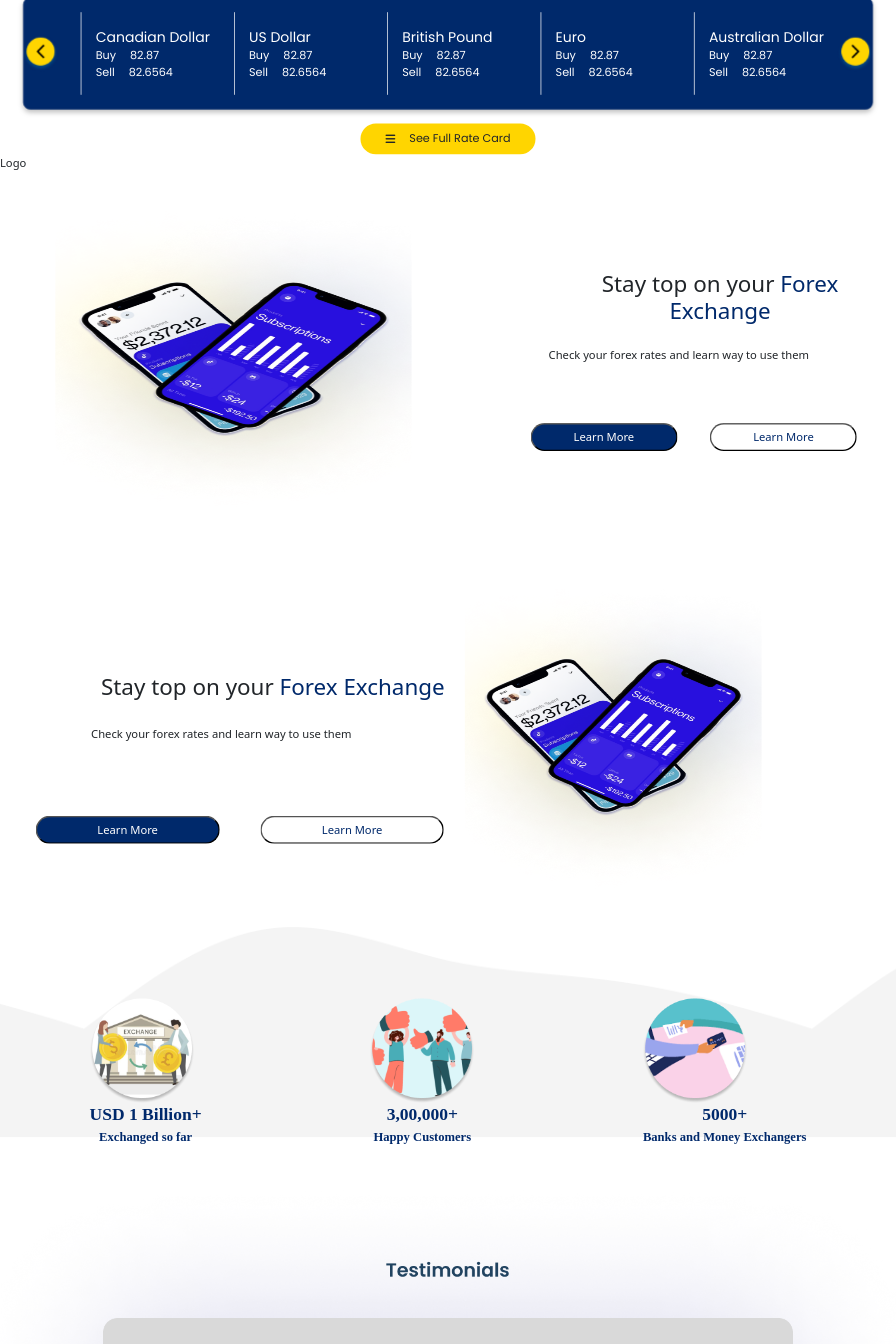
Repository: FlyweisReact/Akshadeep-latest
Page: /
The author's editor kept a copy of each file at every save. The page is drawn from the files as they stood at one save, then again after a run of saves.
The browser window is 1280 px wide. The pictures show the part of the page from y = 789 to 2709 px (the page is 4536 px tall before and 4593 px after), at 70% of full size.
Some web libraries are served in a nearby version. The project was rebuilt for these pictures with package versions that can differ from the ones it lists, and the page was loaded fresh each time. Also part of the build but not shown: src/components/exchange.jsx, src/components/order_p1.jsx, src/components/order_p2.jsx, src/components/faas.jsx, src/components/offer.jsx, src/components/main2.jsx, src/components/home.jsx, src/components/slider.jsx and 6 more.

Above is the page before, as saved 2023-05-23 15:57:25.

### public/index.html
<!DOCTYPE html>
<html lang="en">
  <head>
    <meta charset="utf-8" />
    <link rel="icon" href="%PUBLIC_URL%/favicon.ico" />
    <meta name="viewport" content="width=device-width, initial-scale=1" />
    <meta name="theme-color" content="#000000" />
    <meta
      name="description"
      content="Web site created using create-react-app"
    />
    <link rel="apple-touch-icon" href="%PUBLIC_URL%/logo192.png" />

    <link rel="manifest" href="%PUBLIC_URL%/manifest.json" />
    <link rel="stylesheet" href="https://cdnjs.cloudflare.com/ajax/libs/font-awesome/5.15.3/css/all.min.css" />
    <link href="https://cdn.jsdelivr.net/npm/bootstrap@5.3.0-alpha1/dist/css/bootstrap.min.css" rel="stylesheet" integrity="sha384-GLhlTQ8iRABdZLl6O3oVMWSktQOp6b7In1Zl3/Jr59b6EGGoI1aFkw7cmDA6j6gD" crossorigin="anonymous">
    <title>React App</title>
  </head>
  <body>
    <noscript>You need to enable JavaScript to run this app.</noscript>
    <div id="root"></div>
    <script src="https://kit.fontawesome.com/b533b351e4.js" crossorigin="anonymous"></script>
  </body>
</html>

### src/components/Main.jsx
/** @format */

import React from "react";
import Navbar from "./navbar";
import "react-responsive-carousel/lib/styles/carousel.min.css";
import BottomCont from "./bottom_cont";
import Footer from "./footer";
import img from "../Images/a-7.png";
import img5 from "../Images/a-58.png";
import UpperForm from "./Component/Index/UpperForm";
import UpperSlider from "./Component/Index/UpperSlider";
import CurrencySlider from "./Component/Index/CurrencySlider";

function Main() {
  return (
    <>
      <Navbar />

      <div className="upper-two-component">
        <div className="left-component">
          <UpperForm />
        </div>
        <div className="right-component">
          <UpperSlider />
        </div>
      </div>

      <div className="Index-currency_cont">
        <CurrencySlider />
      </div>

      <div className="Index_center_button">
      <i className="fa-solid fa-bars"></i>
        <p>See Full Rate Card</p>
      </div>

      <div className="Index_center_Div">
        <div className="logo">
          Logo
        </div>

      </div>



      <div className="main-2-cont">
        <div className="main-2-left">
          <img src={img} alt="" />
        </div>
        <div className="main-2-right">
          <h2>
            Stay top on your <spam className="sp">Forex Exchange</spam>
          </h2>
          <p>Check your forex rates and learn way to use them</p>
          <div className="main-2-r-btn">
            <button className="main-2l-btn">Learn More</button>
            <button className="main-2r-btn">Learn More</button>
          </div>
        </div>
      </div>
      <div className="main-3-cont">
        <div className="main-3-left">
          <h2>
            Stay top on your <spam className="sp">Forex Exchange</spam>
          </h2>
          <p>Check your forex rates and learn way to use them</p>
          <div className="main-2-r-btn">
            <button className="main-2l-btn">Learn More</button>
            <button className="main-2r-btn">Learn More</button>
          </div>
        </div>
        <div className="main-3-right">
          <img src={img} alt="" />
        </div>
      </div>
      <BottomCont />
      <Footer />
    </>
  );
}

export default Main;

### src/Style/Header.css
/** @format */

.Sticky-Header-Companent {
  height: 100%;
  background-color: var(--white);
  position: sticky;
  top: 0;
  z-index: 999;
  padding: 20px;
  transition: box-shadow 0.3s ease;
}

.scrolled {
  box-shadow: rgba(0, 0, 0, 0.24) 0px 3px 8px;
}

.Header {
  width: 100%;
  display: flex;
  justify-content: space-between;
  align-items: center;
}

.Header .left-component a {
  font-family: InterFont;
  font-size: 2rem;
  color: #000000;
  cursor: pointer;
  text-decoration: none;
}

.Header .right-component {
  display: flex;
  gap: 20px;
}
.Header .right-component .btn1 {
  font-weight: 500;
  font-size: var(--medium-font);
  color: var(--black);
  background-color: transparent;
  border: none;
}
.Header .right-component .btn2 {
  font-size: var(--medium-font);
  color: var(--white);
  background-color : #00296B;
  border: 1px solid #00296B;
  padding: 10px;
  width: 200px;
  border-radius: var(--half-border);
}

/* Category Drop- Down */
.Drop-Category-Bar {
  display: flex;
  align-items: center;
}
.Drop-Category-Bar .left-container {
  width: 20%;
  padding: 20px;
}

.Drop-Category-Bar .right-Container {
  display: flex;
  width: 60%;
  justify-content: space-evenly;
}

.Drop-Category-Bar .left-container i {
  font-size: var(--medium-font);
  cursor: pointer;
}
.Drop-Category-Bar .right-Container #dropdown-basic {
  border: none;
  font-size: var(--medium-font);
  font-style: normal;
  line-height: 29px;
  color: #333131;
}
.Drop-Category-Bar .right-Container #dropdown-button-drop-end {
  width: 100%;
  display: flex;
  justify-content: space-between;
  gap: 20px;
  align-items: center;
  font-size: var(--small-font);
  border: none;
}
.Drop-Category-Bar .right-Container .dropdown-item {
  width: 100%;
  font-size: var(--small-font);
  border: none;
  padding-left: 12px;
}

/* FullScreen Offcanvas */
.offcanvas.offcanvas-start {
  width: 100% !important;
  background-color: transparent;
}
.offcanvas-backdrop.show {
  opacity: 0.9 !important;
}
.Offcanvas-Menu {
  position: relative;
  padding: 20px;
}
.Offcanvas-Menu .fa-x {
  font-size: var(--medium-font);
  color: #fff;
  position: absolute;
  right: 20px;
  top: 20px;
  cursor: pointer;
}
.Offcanvas-Menu .Menu-Items {
  display: flex;
  justify-content: space-evenly;
  align-items: center;
  position: absolute;
  top: 50%;
  gap: 20px;
  left: 50%;
  transform: translate(-50%, -50%);
  width: 100%;
  padding-left: 5%;
  padding-right: 5%;
}
.Offcanvas-Menu .Menu-Items div {
  width: 20%;
  cursor: pointer;
}
.Offcanvas-Menu .Menu-Items div img {
  display: block;
  margin: auto;
}
.Offcanvas-Menu .Menu-Items div a {
  text-decoration: none;
}
.Offcanvas-Menu .Menu-Items p {
  font-size: var(--medium-font);
  color: #ffffff;
  text-align: center;
  margin-top: 10px;
  font-family: OpenFont;
  text-decoration: none;
  width: 100%;
}

### src/Style/Layout.css
/**
 * Two Section Component
 *
 * @format
 */

.upper-two-component {
  display: flex;
  justify-content: space-evenly;
  padding-top: 20px;
}
.upper-two-component .left-component {
  width: 40%;
}
.upper-two-component .right-component {
  width: 50%;
}

/* Currency Container */
.Index-currency_cont {
  width: 98%;
  margin: auto;
  padding: 20px;
  filter: drop-shadow(0px 4px 4px rgba(0, 0, 0, 0.25));
  padding-top: 5%;
}

/* Rate Button */
.Index_center_button {
  width: 250px;
  background: #ffd500;
  border-radius: 27px;
  display: flex;
  gap: 20px;
  justify-content: center;
  align-items: center;
  padding: 10px;
  margin: auto;
  cursor: pointer;
}
.Index_center_button i {
  margin: 0;
}
.Index_center_button p {
  margin: 0;
  font-family: PoppinFont;
  font-size: var(--extra-small-font);
}

### src/Style/Component.css
/**
 * Upper Form Component
 *
 * @format
 */

.Index-Upper-Form {
  width: 100%;
  padding-top: 20px;
}
.Index-Upper-Form .button-container {
  display: flex;
  align-items: center;
  justify-content: center;
  gap: 10px;
  width: 100%;
}
.Index-Upper-Form .button-container button {
  background-color: #fff;
  color: #333;
  border: 1px solid #ffd500;
  font-size: var(--small-font);
  cursor: pointer;
  padding: 10px;
  width: 20%;
  font-family: OpenFont;
  border-radius: 4px;
  transition: 0.5s;
}
.Index-Upper-Form .button-container button:hover {
  background: #ffd500;
}
.Index-Upper-Form .form-cont {
  width: 100%;
  margin-top: 10px;
  background: #00296b;
  border: 1px solid #333131;
  box-shadow: 0px 0px 100px 8px rgba(255, 213, 0, 0.3);
  border-radius: 12px;
  position: relative;
  padding: 20px;
}
.Index-Upper-Form .form-cont .form-part-1 .two-cont {
  display: flex;
  justify-content: space-between;
  width: 100%;
}
.Index-Upper-Form .form-cont .form-part-1 .two-cont div {
  width: 45%;
}
.Index-Upper-Form .form-cont .form-part-1 .two-cont div label {
  color: var(--white);
  font-size: var(--extra-small-font);
  font-family: PoppinFont;
  line-height: 24px;
  color: #ffffff;
}

.Index-Upper-Form .form-cont .form-part-1 .two-cont div select {
  width: 100%;
  margin-top: 3px;
  outline: none;
  font-size: var(--extra-small-font);
  color: #897f7f;
  font-family: PoppinFont;
  padding: 10px;
  border-radius: 4px;
  border: 1px solid #897f7f;
}
.Index-Upper-Form .form-cont .form-part-1 .rate {
  font-size: 16px;
  line-height: 24px;
  color: #ffffff;
  margin-top: 10px;
  font-family: PoppinFont;
}
.Index-Upper-Form .form-cont .form-part-1 .two-cont div input {
  width: 100%;
  margin-top: 3px;
  outline: none;
  font-size: var(--extra-small-font);
  color: #897f7f;
  font-family: PoppinFont;
  padding: 10px;
  border-radius: 4px;
  border: 1px solid #897f7f;
}
.Index-Upper-Form .form-cont .form-part-1 .two-cont div input::placeholder {
  color: #897f7f;
}
.Index-Upper-Form .form-cont .form-part-1 .two-cont .two-section {
  display: flex;
  gap: 10px;
  color: var(--white);
  margin-top: 10px;
  align-items: center;
}
.Index-Upper-Form .form-cont .form-part-1 .two-cont .two-section p {
  margin: 0;
  font-family: PoppinFont;
}
.Index-Upper-Form .form-cont .form-part-1 .two-cont .two-section button {
  background-color: #214360;
  outline: none;
  border: 1px solid #214360;
  color: var(--white);
  font-family: PoppinFont;
}
.Index-Upper-Form .form-cont .form-part-1 .two-cont .two-section i {
  color: #ffd500;
}
.Index-Upper-Form .form-cont .form-part-1 .two-cont .two-section .add {
  color: #ffd500;
  text-decoration: underline;
}
.Index-Upper-Form .form-cont .ord-btn {
  font-size: var(--medium-font);
  font-family: PoppinFont;
  background: #ffd500;
  border-radius: 30.2748px;
  border: none;
  width: 40%;
  padding: 10px;
  display: block;
  margin: auto;
  position: absolute;
  top: 98%;
  cursor: pointer;
  left: 50%;
  transform: translate(-50%, -50%);
}

/* Slick Slider */
.slick-slider-Cont {
  position: relative;
}
.slick-slider-Cont .Prev-Next_cont {
  display: flex;
  justify-content: space-between;
}
.slick-slider-Cont .Prev-Next_cont .PrevImg {
  position: absolute;
  top: 50%;
  left: 5%;
  transform: translate(-50%, -50%);
  cursor: pointer;
}
.slick-slider-Cont .Prev-Next_cont .NextImg {
  position: absolute;
  top: 50%;
  left: 95%;
  transform: translate(-50%, -50%);
  cursor: pointer;
}

.Slick-Slider {
  height: 100%;
  padding: 20px;
}
.Slick-Slider .slider-container-div {
  width: 100%;
}
.Slick-Slider .slider-container-div p {
  font-family: PoppinFont;
  font-size: 24px;
  line-height: 40px;
  color: #000;
  text-align: center;
  margin: 0;
}
.Slick-Slider .slider-container-div img {
  display: block;
  margin: auto;
}
.Slick-Slider:focus {
  border: none !important;
}
.Slick-Slider:active {
  border: none !important;
}

.Slick-Slider .slider-container-div .two-comp {
  display: flex;
  justify-content: space-evenly;
  gap: 10px;
}
.Slick-Slider .slider-container-div .two-comp .left-comp {
  width: 45%;
  position: relative;
}
.Slick-Slider .slider-container-div .two-comp .left-comp img {
  position: absolute;
  top: 50%;
  left: 50%;
  transform: translate(-50%, -50%);
}
.Slick-Slider .slider-container-div .two-comp .right-comp {
  width: 60%;
}
.Slick-Slider .slider-container-div .two-comp .right-comp div {
  display: flex;
  padding-top: 20px;
  gap: 20px;
  align-items: center;
}
.Slick-Slider .slider-container-div .two-comp .right-comp p {
  margin: 0;
  font-size: var(--extra-small-font);
  line-height: normal;
  width: 90%;
  text-align: left;
}
.Slick-Slider .slider-container-div .two-comp .right-comp i {
  margin: 0;
  background-color: #00a067;
  color: #fff;
  border-radius: 100%;
  padding: 5px;
}


/* Currency-Slider  */
.currency_slider_cont{
  background-color: #00296B;
  border: 1px solid #00296B;
  border-radius: 10px;
  position: relative;
  width: 100%;
}
.currency_slider_cont .currency_slider{
  height: 100%;
  padding: 20px;
  padding-left: 5%;
  padding-right: 5%;
}
.currency_slider_cont .currency_slider:focus {
  border: none !important;
}
.currency_slider_cont .currency_slider:active {
  border: none !important;
}

.currency_slider_cont .currency_slider .Item{
  color: #fff;
  border-right: 1px solid #fff;
  padding: 20px;
  width: 20%;
}
.currency_slider_cont .currency_slider .Item p{
  margin: 0;
}
.currency_slider_cont .currency_slider .Item .head{
  font-family: PoppinFont;
  font-size: var(--medium-font);
}
.currency_slider_cont .currency_slider .Item .two_sec{
  display: flex;
  align-items: center;
  gap: 20px;
}
.currency_slider_cont .currency_slider .Item .two_sec p{
  font-family: PoppinFont;
font-size: var(--extra-small-font);
}
.currency_slider_cont .Prev-Next_cont {
  display: flex;
  justify-content: space-between;
}
.currency_slider_cont .Prev-Next_cont .PrevImg {
  position: absolute;
  top: 50%;
  left: 2%;
  transform: translate(-50%, -50%);
  cursor: pointer;
}
.currency_slider_cont .Prev-Next_cont .NextImg {
  position: absolute;
  top: 50%;
  left: 98%;
  transform: translate(-50%, -50%);
  cursor: pointer;
}

.slick-prev:before {
  display: none !important;
}
.slick-next:before{
  display: none
  ;
}

### src/components/navbar.jsx
import Header from "./Layout/Header";

const Navbar = () => {
  return (
    <>
      <Header />

    </>
  );
};

export default Navbar;

### src/components/bottom_cont.jsx
import React from "react";
import img from "../Images/a-33.png";
import img2 from "../Images/a-34.png";
import img3 from "../Images/a-35.png";
import img4 from "../Images/a-36.png";
import img5 from "../Images/a-37.png";
import img6 from "../Images/a-51.png";

const BotCont = () => {
  return (
    <>
      <div className="bot-part-1">
        <div className="bot-cont-imgs">
          <div>
            <img src={img} />
            <h6>USD 1 Billion+</h6>
            <p>Exchanged so far</p>
          </div>
          <div>
            <img src={img2} />
            <h6>3,00,000+</h6>
            <p>Happy Customers</p>
          </div>
          <div>
            <img src={img3} />
            <h6>5000+</h6>
            <p>Banks and Money Exchangers</p>
          </div>
        </div>
      </div>
      <div className="bot-part-3">
        <img src={img6} />
      </div>
      <div className="bot-part-2">
        <h3>Media Mentions</h3>
        <div className="bot-part-2-sub">
          <div className="bot-cont-card">
            <h4>Loren Ipsum Id best Platform out there</h4>
            <p>
              Lorem Ipsum is simply dummy text of the printing and typesetting
              industry. Lorem Ipsum has been the industry's standard dummy text
              ever since the 1500s, when an unknown printer took a galley of
              type and scrambled it to make a type specimen book.
            </p>
            <div className="thin-line"></div>
            <div className="bot-cont-card-2">
              <img src={img4} />
              <p>5 star</p>
            </div>
          </div>
          <div className="bot-cont-card">
            <h4>Loren Ipsum Id best Platform out there</h4>
            <p>
              Lorem Ipsum is simply dummy text of the printing and typesetting
              industry. Lorem Ipsum has been the industry's standard dummy text
              ever since the 1500s, when an unknown printer took a galley of
              type and scrambled it to make a type specimen book.
            </p>
            <div className="thin-line"></div>
            <div className="bot-cont-card-2">
              <img src={img5} style={{height:"40px"}} />
              <p>5 star</p>
            </div>
          </div>
        </div>
      </div>
    </>
  );
};

export default BotCont;

### src/components/footer.jsx
import React from "react";

const Footer = () => {
  return (
    <footer className="footer">
      <div className="footer-cont">
        <div className="foot-row">
          <div className="foot-col">
            <h3>Company</h3>
            <p>About Us</p>
            <p>Contact Us</p>
            <p>Careers</p>
          </div>
          <div className="foot-col">
            <h3>Services</h3>
            <p>Prepaid Travel Card</p>
            <p>Foreign Demand Draft</p>
            <p>Foreign Currency</p>
            <p>Educational Loans</p>
            <p>Remmittance</p>
            <p>Travel Insurance</p>
            <p>Forex as a Service (Faas Solution)</p>
          </div>
          <div className="foot-col">
            <h3>Quick Links</h3>
            <p>FAQs</p>
            <p>Cancellation & Refund Policy</p>
            <p>Forex Rates</p>
            <p>Our Policies</p>
            <p>Terms of Use</p>
            <p>Site Map</p>
            <p>Offers</p>
          </div>
          <div className="foot-col">
            <h3>Insight</h3>
            <p>Blogs</p>
            <p>Press Release</p>
            <p>Foreign Currency</p>
            <p>Educational Loans</p>
            <p>Remmittance</p>
            <p>Travel Insurance</p>
            <p>Forex as a Service (Faas Solution)</p>
          </div>
          <div className="foot-col">
            <h3>Registered Office Address</h3>
            <p>Lorem Ipsum Pvt ltd.</p>
            <p>P-701 to P-705 lorem ipsum , 7th floor, 11th tower, panchsheel primerose, vatista
                , Gurugram, Hariyana
            </p>
            {/*<ul className="social-icons">
              <li>
                <a href="#">
                  <i className="fab fa-facebook-f"></i>
                </a>
              </li>
              <li>
                <a href="#">
                  <i className="fab fa-twitter"></i>
                </a>
              </li>
              <li>
                <a href="#">
                  <i className="fab fa-linkedin"></i>
                </a>
              </li>
              <li>
                <a href="#">
                  <i className="fab fa-instagram"></i>
                </a>
              </li>
            </ul>*/}
          </div>
        </div>
      </div>
      <div className="footer-bottom">
        <p>&copy; 2023 Forex Inc. All Rights Reserved.</p>
      </div>
    </footer>
  );
};

export default Footer;

### src/components/signup.jsx
import Button from "react-bootstrap/Button";
import Modal from "react-bootstrap/Modal";

function MyVerticallyCenteredModal(props) {
  return (
    <Modal
      {...props}
      size="lg"
      aria-labelledby="contained-modal-title-vcenter"
      centered
    >
      <Modal.Body>
        <div className="popupe-container">
          <div className="popupe">
            <span className="close" onClick={props.onHide}>
              &times;
            </span>
            <h2 className="form-title">Register</h2>
            <form>
              <div class="form-groupe">
                <label for="name" className="label-inp">Name</label>
                <input type="text" id="name" name="name" placeholder="Enter your name here" />
              </div>
              <div class="form-groupe">
                <label for="mobile" className="label-inp">Mobile Number</label>
                <input type="email" id="email" name="email" placeholder="Enter your mobile no here"/>
              </div>
              <div class="form-groupe">
                <label for="email" className="label-inp">Email</label>
                <input type="email" id="email" name="email" placeholder="Enter your email here"/>
              </div>
              <button type="submit" className="btn-form-submit">Submit</button>
            </form>
            <h2 className="form-title">Or</h2>
            <div className="form-bot-cont">
              <div className="left-btn">
                  <button className="btn-2">
                  <i class="fab fa-facebook-f fc" ></i>
                  facebook</button>
              </div>
              <div className="right-btn">
                  <button className="btn-2">
                  <i class="fab fa-google-plus-g gl"></i>
                    Google</button>
              </div>
            </div>
            </div>
          </div>
      </Modal.Body>
    </Modal>
  );
}

export default MyVerticallyCenteredModal;

### src/components/login.jsx

import Modal from "react-bootstrap/Modal";

function MyVerticallyCenteredModal(props) {
  return (
    <Modal
      {...props}
      size="lg"
      aria-labelledby="contained-modal-title-vcenter"
      centered
    >
      <Modal.Body>
        <div className="popupe-container">
          <div className="popupe">
            <span className="close" onClick={props.onHide}>
              &times;
            </span>
            <h2 className="form-title">Login</h2>
            <form>
              <div class="form-groupe">
                <label for="name" className="label-inp">Mobile Number/ Email Id</label>
                <input type="text" id="name" name="name" placeholder="Enter mobile number/ email Id" />
              </div>
              <button type="submit" className="btn-form-submit">Submit</button>
            </form>
            </div>
            <h2 className="form-title">Or</h2>
            <div className="form-bot-cont">
              <div className="left-btn">
                  <button className="btn-2">
                  <i class="fab fa-facebook-f fc" ></i>
                  facebook</button>
              </div>
              <div className="right-btn">
                  <button className="btn-2">
                  <i class="fab fa-google-plus-g gl"></i>
                    Google</button>
              </div>
            </div>
          </div>
      </Modal.Body>
    </Modal>
  );
}

export default MyVerticallyCenteredModal;

Loaded but not shown: src/Json/menu.json (187 lines, source omitted); src/components/Component/Index/UpperSlider.js (180 lines, source omitted); src/components/Component/Index/CurrencySlider.js (162 lines, source omitted); src/components/Component/Index/UpperForm.js (74 lines, source omitted); src/components/Layout/DropBar.js (60 lines, source omitted); src/components/Layout/Sidebar.js (70 lines, source omitted); src/App.js (50 lines, source omitted); src/components/Layout/Header.js (56 lines, source omitted); src/index.js (13 lines, source omitted); src/index.css (2406 lines, source omitted)

After the next 5 saves:
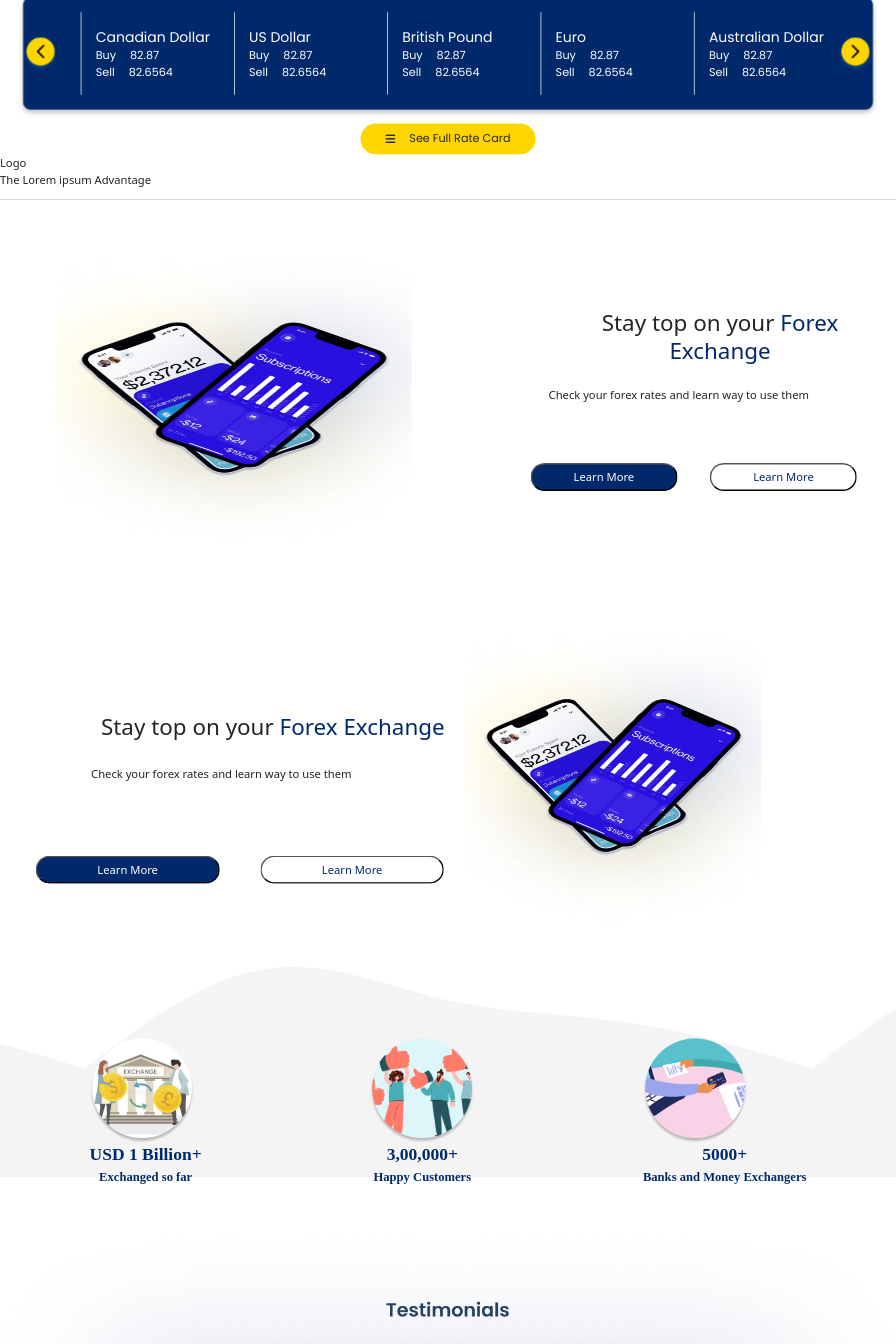
The 5 saves are shown as one change because they came seconds apart.
The last was saved 14 s later.
--- a/src/components/Main.jsx
+++ b/src/components/Main.jsx
@@ -38,7 +38,8 @@ function Main() {
         <div className="logo">
           Logo
         </div>
-
+        <p>The Lorem ipsum Advantage</p>
+        <hr />
       </div>
 
 
